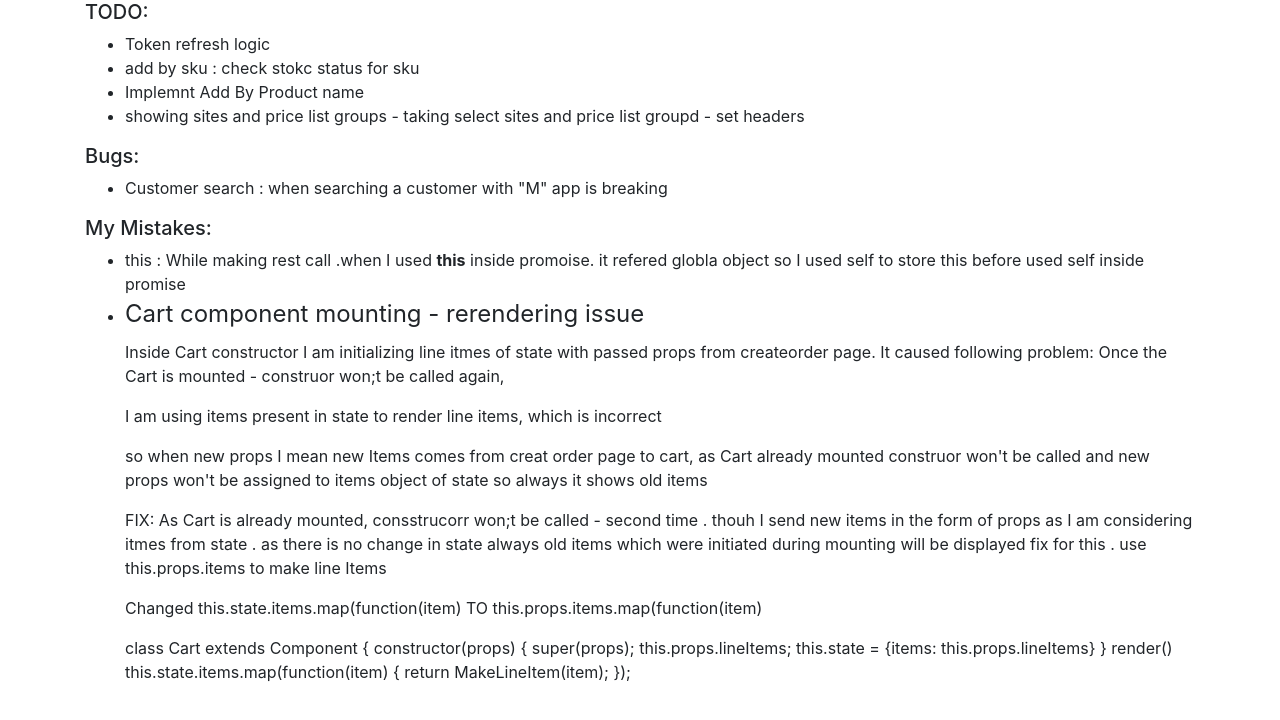
Repository: testtiger/reactagent
Page: /todo
These files come from the project's save history. The page is drawn as it stood at one moment and after the next save; the edit follows.
The browser window is 1280 px wide. The pictures show the whole page.
The project was rebuilt for these pictures with package versions that can differ from the ones it lists, and the page was loaded fresh each time. Also part of the build but not shown: src/components/Agent/Rest/agent-rest-client.js, src/components/Agent/Dashboard/quicklinks.jsx, src/components/Agent/Dashboard/announcements.jsx, src/components/Agent/Dashboard/recentorders.jsx, src/components/Agent/Dashboard/pendingactions.jsx, src/components/Agent/Dashboard/DashboardPage.jsx, src/components/Agent/Shared/Navigation.jsx, src/components/Agent/Login/loginpage.jsx and 12 more.

Above is the page before, as saved 2018-12-15 16:50:37.

### src/index.js
//start it with npm start
//create-react-app MyApp

import React from "react";
import ReactDOM from "react-dom";
import "bootstrap/dist/css/bootstrap.css";
import LoginPage from "./components/Agent/Login/loginpage";
import App from "./components/Agent/App/App";
import CreateOrderPage from "./components/Agent/CreateOrder/CreateOrderPage";
import CustomerSearchPage from "./components/Agent/CustomerSearch/CustomerSearchPage";
import AddressFields from "./components/Agent/CreateOrder/AddressFields";
ReactDOM.render(<App/>, document.getElementById("root"));
//ReactDOM.render(<AddressFields />, document.getElementById("root"));

### src/components/Agent/App/App.jsx
import React, { Component } from "react";
import LoginPage from "../Login/loginpage";
import Routes from "../Router/route";
import SearchCriteria from "../CustomerSearch/SearchCriteria";
import Register from "../CustomerSearch/Registration";

export default class App extends Component {
  render() {
    return <Routes />;
    //return <LoginPage />;
  }
}

/***
 * TODO : token expiry logic
 *
 *
 */

### src/components/Agent/Router/route.js
import React from "react";
import { BrowserRouter, Route, Switch } from "react-router-dom";
import LoginPage from "../Login/loginpage";
import DashboardPage from "../Dashboard/DashboardPage";
import CustomerSearchPage from "../CustomerSearch/CustomerSearchPage";
import Registration from "../CustomerSearch/Registration";
import CustomerProfilePage from "../CustomerProfile/CustomerProfilePage.jsx";
import Navigation from "../Shared/Navigation";
import CreateOrderPage from "../CreateOrder/CreateOrderPage";
import TODO from "../BugsTODO/TODO";


var Routes = function() {
  return <BrowserRouter>
      <div>
        <Navigation />
        <Switch>
          <Route exact path="/" component={LoginPage} />
          <Route path="/welcome" component={DashboardPage} />
          <Route exact path="/customers" component={CustomerSearchPage} />
          <Route exact path="/customers/registration" component={Registration} />
          <Route exact path="/customers/profiles/:id" component={CustomerProfilePage} />
          <Route exact path="/createOrder/:profileId" component={CreateOrderPage} />
          <Route exact path="/todo" component={TODO} />
          <Route path="*" component={LoginPage} />
        </Switch>
      </div>
    </BrowserRouter>;
};

export default Routes;

### src/components/Agent/BugsTODO/TODO.jsx
import React, { Component } from "react";

export default class TODO extends Component {
  render() {
    return (
      <div className="container">
        <h5>TODO:</h5>
        <ul>
          <li> Token refresh logic</li>
          <li> add by sku : check stokc status for sku</li>
          <li> Implemnt Add By Product name</li>
          <li>
            {" "}
            showing sites and price list groups - taking select sites and price
            list groupd - set headers
          </li>
        </ul>
        <h5>Bugs:</h5>
        <ul>
          <li>
            Customer search : when searching a customer with "M" app is breaking
          </li>
        </ul>
        <h5>My Mistakes:</h5>
        <ul>
          <li>
            this : While making rest call .when I used <strong>this</strong>{" "}
            inside promoise. it refered globla object so I used self to store
            this before used self inside promise
          </li>
          <li>
            <legend>Cart component mounting - rerendering issue</legend>
            <span>
              <p>
                Inside Cart constructor I am initializing line itmes of state
                with passed props from createorder page. It caused following
                problem: Once the Cart is mounted - construor won;t be called
                again,
              </p>
              <p>
                I am using items present in state to render line items, which is
                incorrect
              </p>
              <p>
                so when new props I mean new Items comes from creat order page
                to cart, as Cart already mounted construor won't be called and
                new props won't be assigned to items object of state so always
                it shows old items
              </p>
              <p>
                FIX: As Cart is already mounted, consstrucorr won;t be called -
                second time . thouh I send new items in the form of props as I
                am considering itmes from state . as there is no change in state
                always old items which were initiated during mounting will be
                displayed fix for this . use this.props.items to make line Items
              </p>
              <p>
                Changed this.state.items.map(function(item) TO
                this.props.items.map(function(item)
              </p>
              {
                "class Cart extends Component\
                 { \
                     constructor(props) {\
                          super(props);\
                          this.props.lineItems;\
                           this.state = {items: this.props.lineItems}\
                     }\
                    render() \
                    this.state.items.map(function(item) {\
                    return MakeLineItem(item);\
                    });\
                     "
              }
            </span>
          </li>
        </ul>
      </div>
    );
  }
}

Loaded but not shown: public/index.html (common file)

After the next save:
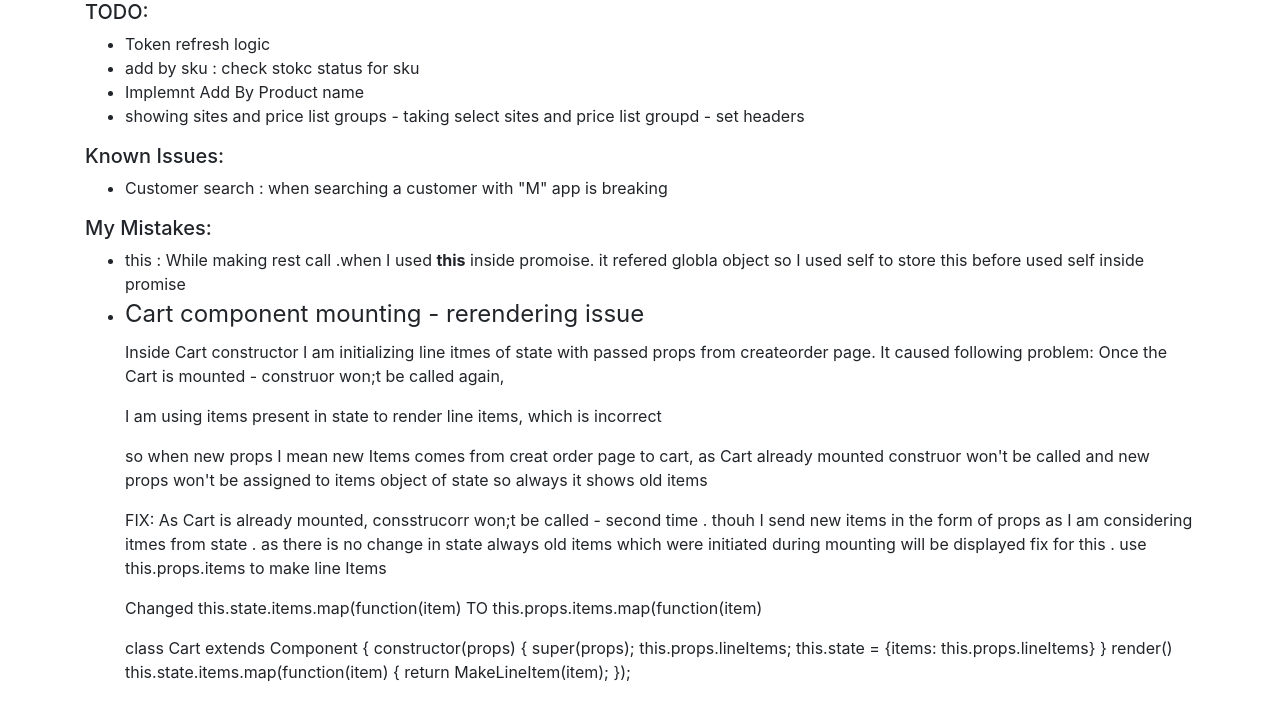
Saved 24 s later.
--- a/src/components/Agent/BugsTODO/TODO.jsx
+++ b/src/components/Agent/BugsTODO/TODO.jsx
@@ -15,7 +15,7 @@ export default class TODO extends Component {
             list groupd - set headers
           </li>
         </ul>
-        <h5>Bugs:</h5>
+        <h5>Known Issues:</h5>
         <ul>
           <li>
             Customer search : when searching a customer with "M" app is breaking
